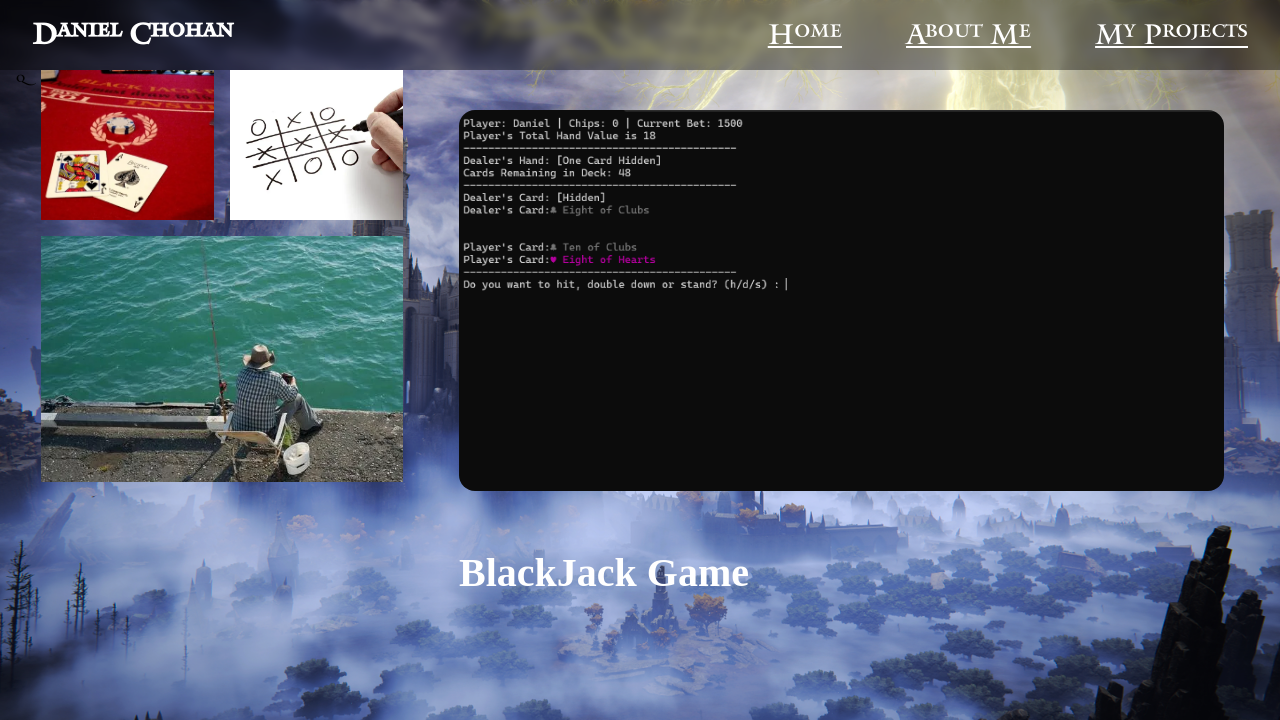
Repository: danielchohan/danielchohan
Page: pages/projects.html
These files come from the project's save history. The page is drawn as it stood at one moment and after the next save; the edit follows.
The browser window is 1280 px wide. The pictures show the whole page.

Above is the page before, as saved 2026-05-08 19:23:27.

After the next save:
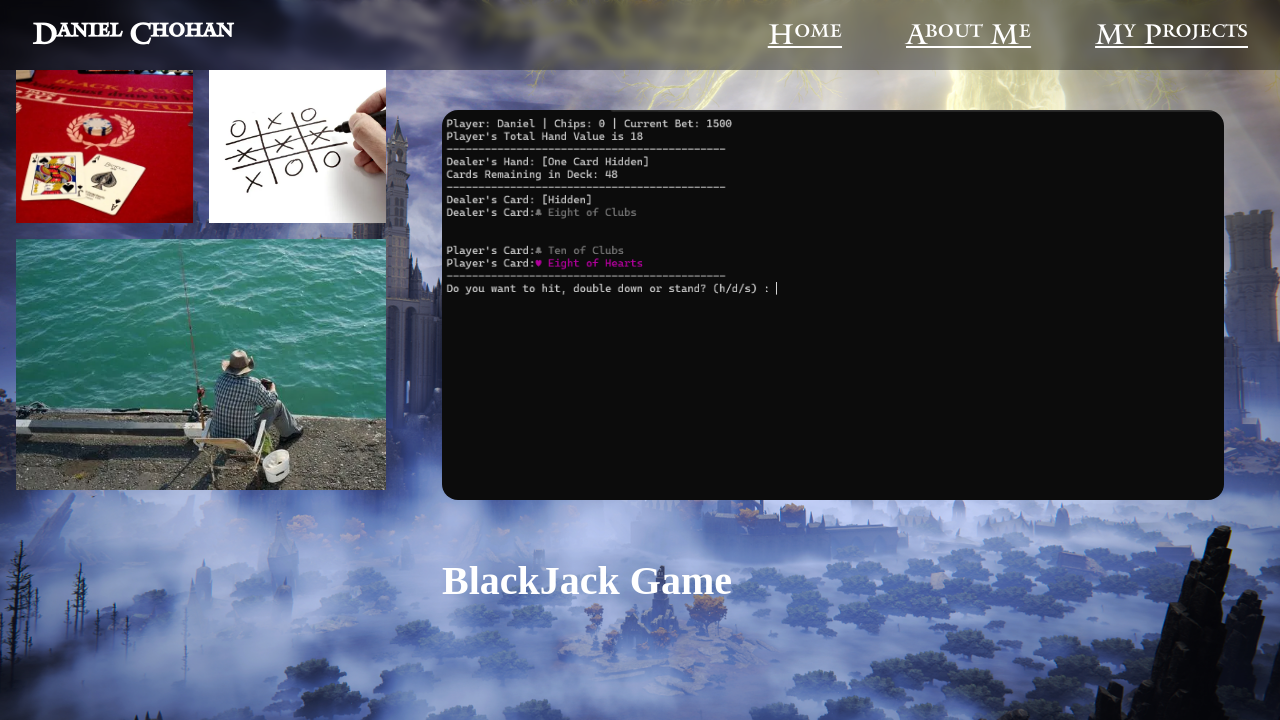
Saved 79 s later.
--- a/pages/projects.html
+++ b/pages/projects.html
@@ -26,7 +26,7 @@
 
 <section class="pagebg">
 
-    <div class="projectslayout">=
+    <div class="projectslayout">
         <aside class ="sidebar">
             <a href="blackjack.html" target="projectframe" aria-label="Select BlackJack">
                 <img alt="Image of a blackjack table to represent my blackjack project" src="../assets/images/blackjackicon.jpg">
